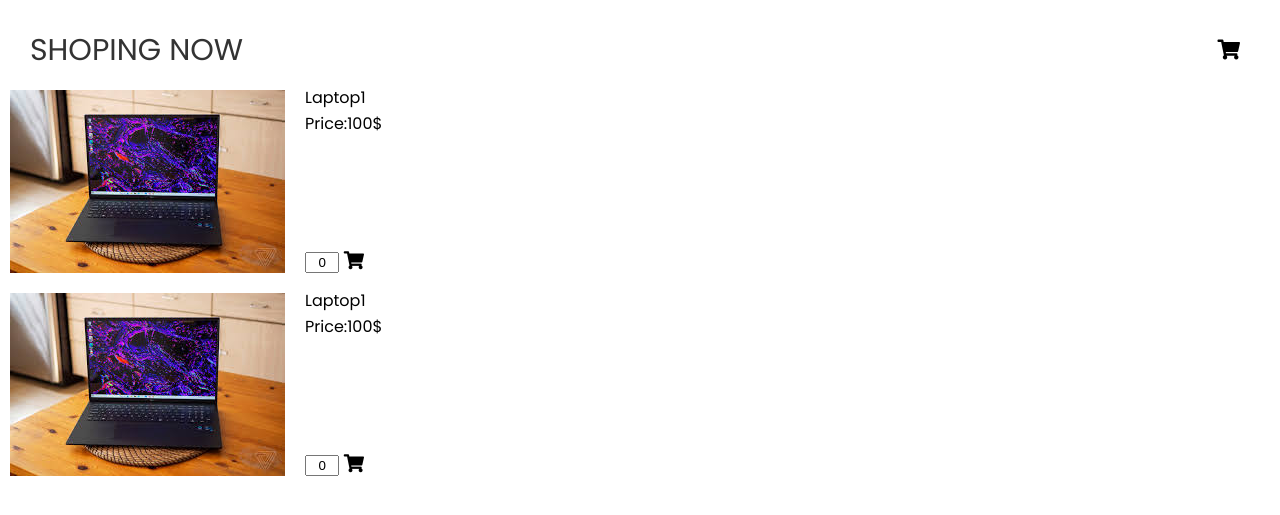
Repository: nttthao9/shopingcart
Page: index.html
These files come from the project's save history. The page is drawn as it stood at one moment and after the next save; the edit follows.
The browser window is 1280 px wide. The pictures show the whole page.
Some web libraries are served in a nearby version.

Above is the page before, as saved 2021-10-04 14:28:53.

### index.html
<!DOCTYPE html>
<html lang="en">

<head>
  <meta charset="UTF-8">
  <meta http-equiv="X-UA-Compatible" content="IE=edge">
  <meta name="viewport" content="width=device-width, initial-scale=1.0">
  <title>Shoping Cart</title>
  <link rel="preconnect" href="https://fonts.googleapis.com">
  <link rel="preconnect" href="https://fonts.gstatic.com" crossorigin>
  <link href="https://fonts.googleapis.com/css2?family=Poppins:wght@300;400;500;600&display=swap" rel="stylesheet">
  <link rel="stylesheet" href="https://cdnjs.cloudflare.com/ajax/libs/font-awesome/5.1.0-11/css/all.css"
    integrity="sha512-xO/VZFNBvip9IT+BD6Nq/pHdBvKeFcwygKqARlegjQ+5A68KsMSYrPbGP1oYow5ec9Tqq8peJXcn5J1bD4O00w=="
    crossorigin="anonymous" referrerpolicy="no-referrer" />
  <link rel="stylesheet" href="./styles/reset.css">
  <link rel="stylesheet" href="./styles/style.css">
</head>

<body>
  <div class="shoping">
    <div class="shoping-bar">
      <h2 class="shoping-title">Shoping now</h2>
      <div class="shoping-cart">
        <i class="fas fa-shopping-cart"></i>
      </div>
    </div>
    <div class="product-list">
      <div class="product-item">
        <img src="./images/laptop1.jpg" alt="" class="product-image">
        <div class="product-desc">
          <span class="product-name">Laptop1</span>
          <span>Price:<span class="product-price">100$</span></span>
          <div class="product-buy">
            <input type="number" name="" id="" class="product-count" value="0" min="0">
            <i class="fas fa-shopping-cart cart-icon"></i>
          </div>
        </div>
      </div>
      <div class="product-item">
        <img src="./images/laptop1.jpg" alt="" class="product-image">
        <div class="product-desc">
          <span class="product-name">Laptop1</span>
          <span>Price:<span class="product-price">100$</span></span>
          <div class="product-buy">
            <input type="number" name="" id="" class="product-count" value="0" min="0">
            <i class="fas fa-shopping-cart cart-icon"></i>
          </div>
        </div>
      </div>
    </div>
  </div>
  <script src="./main.js"></script>
</body>

</html>

### styles/style.css
* {
  box-sizing: border-box;
}
html {
  font-size: 62.5%;
}
input::-webkit-outer-spin-button,
input::-webkit-inner-spin-button {
  -webkit-appearance: none;
  margin: 0;
}
input[type='number'] {
  -moz-appearance: textfield;
}
body {
  font-family: 'Poppins', sans-serif;
  line-height: 1;
  font-size: 1.6rem;
}
.shoping {
  padding: 1rem;
}
.shoping-bar {
  display: flex;
  align-items: center;
  justify-content: space-between;
  padding: 2rem;
}
.shoping-title {
  font-size: 3rem;
  color: #333;
  text-transform: uppercase;
}
.shoping-cart {
  font-size: 2rem;
  padding: 1rem;
  cursor: pointer;
}
.product-item {
  display: flex;
  margin-bottom: 2rem;
}
.product-name {
  display: block;
  margin-bottom: 1rem;
}
.product-price {
  display: inline-block;
  margin-bottom: 1rem;
}
.product-desc {
  margin-left: 2rem;
  display: flex;
  flex-direction: column;
}
.product-count {
  width: 15%;
  text-align: center;
}
.product-buy {
  margin-top: auto;
}
.cart-icon {
  display: inline-block;
  font-size: 1.8rem;
  cursor: pointer;
  margin-right: 2rem;
}

### main.js
const productList = [
  {
    id: 1,
    name: 'laptop1',
    image: './images/laptop1.jpg',
    price: 100,
  },
  {
    id: 2,
    name: 'laptop2',
    image: './images/laptop2.jpg',
    price: 200,
  },
  {
    id: 3,
    name: 'laptop3',
    image: './images/laptop3.jpg',
    price: 300,
  },
];
const template = `<div class="product-item">
<img src="./images/laptop1.jpg" alt="" class="product-image">
<div class="product-desc">
  <span class="product-name">Laptop1</span>
  <span>Price:<span class="product-price">100$</span></span>
  <div class="product-buy">
    <input type="number" name="" id="" class="product-count" value="0" min="0">
    <i class="fas fa-shopping-cart cart-icon"></i>
  </div>
</div>
</div>`;
const nameProduct = productList.map((item) => Object.values(item));
console.log(nameProduct);
window.addEventListener('load', function () {});

Loaded but not shown: styles/reset.css (common file)

After the next save:
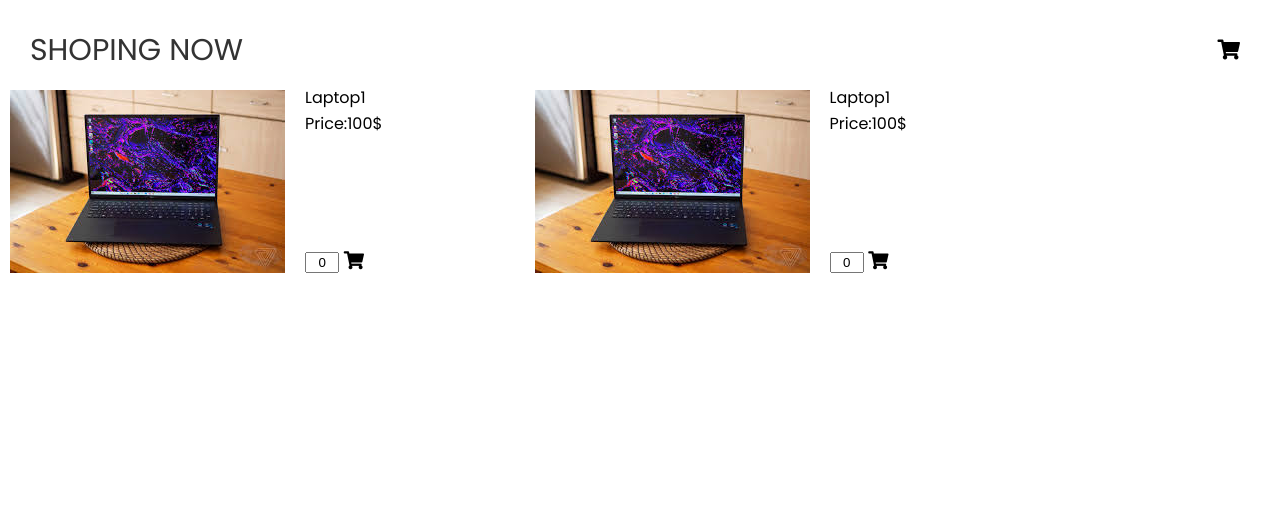
Saved 15 s later.
--- a/styles/style.css
+++ b/styles/style.css
@@ -36,6 +36,9 @@
   padding: 1rem;
   cursor: pointer;
 }
+.product-list {
+  display: flex;
+}
 .product-item {
   display: flex;
   margin-bottom: 2rem;
